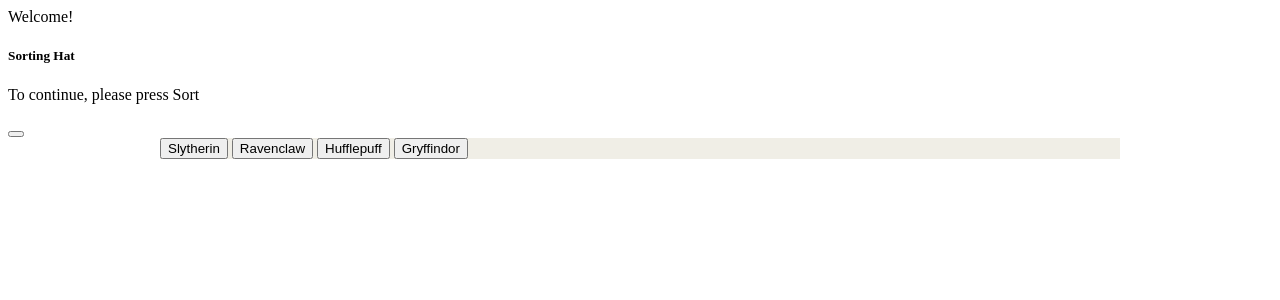
Repository: ZamlZam/INDIVIDUAL-PROJECT-sorting-hat
Page: index.html
The author's editor kept a copy of each file at every save. The page is drawn from the files as they stood at one save, then again after a run of saves.
The browser window is 1280 px wide. The pictures show the whole page.

Above is the page before, as saved 2023-05-02 18:56:56.
Console error: TypeError: array is not iterable

After the next 2 saves:
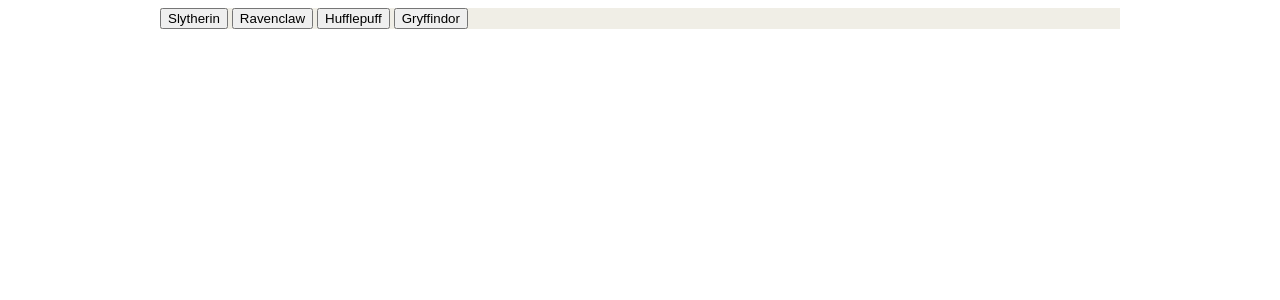
Console error: SyntaxError: Unexpected token ')'
The 2 saves are shown as one change because they came seconds apart.
The last was saved 17 s later.
--- a/main.js
+++ b/main.js
@@ -63,7 +63,7 @@
 //expel
 const expelCards = (array) =>{
   let domString ="";
-
+  for ()
   domString += `<div class="card" style="width: 18rem;" >
       class="card-img-top" alt=${expel.name}>
        <h5 class="card-title">${expel.house}</h5>

After the 3 saves that followed:
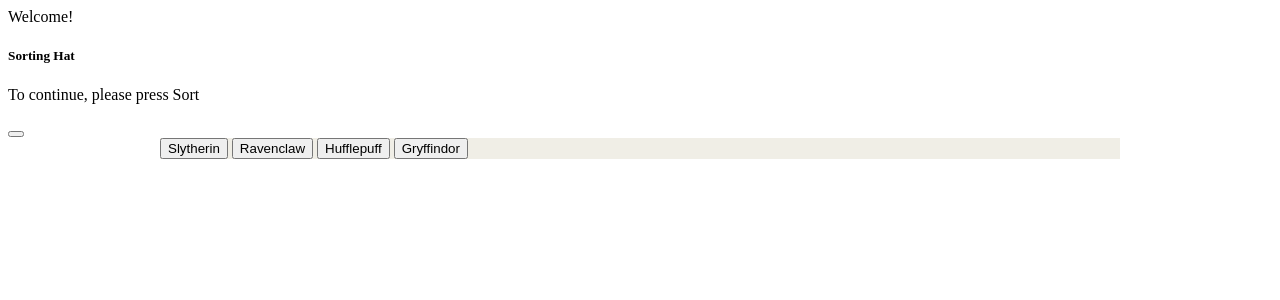
Console error: TypeError: array is not iterable
The 3 saves are shown as one change because they came seconds apart.
The last was saved 15 s later.
--- a/main.js
+++ b/main.js
@@ -63,7 +63,7 @@
 //expel
 const expelCards = (array) =>{
   let domString ="";
-  for ()
+  for (user of array)
   domString += `<div class="card" style="width: 18rem;" >
       class="card-img-top" alt=${expel.name}>
        <h5 class="card-title">${expel.house}</h5>
